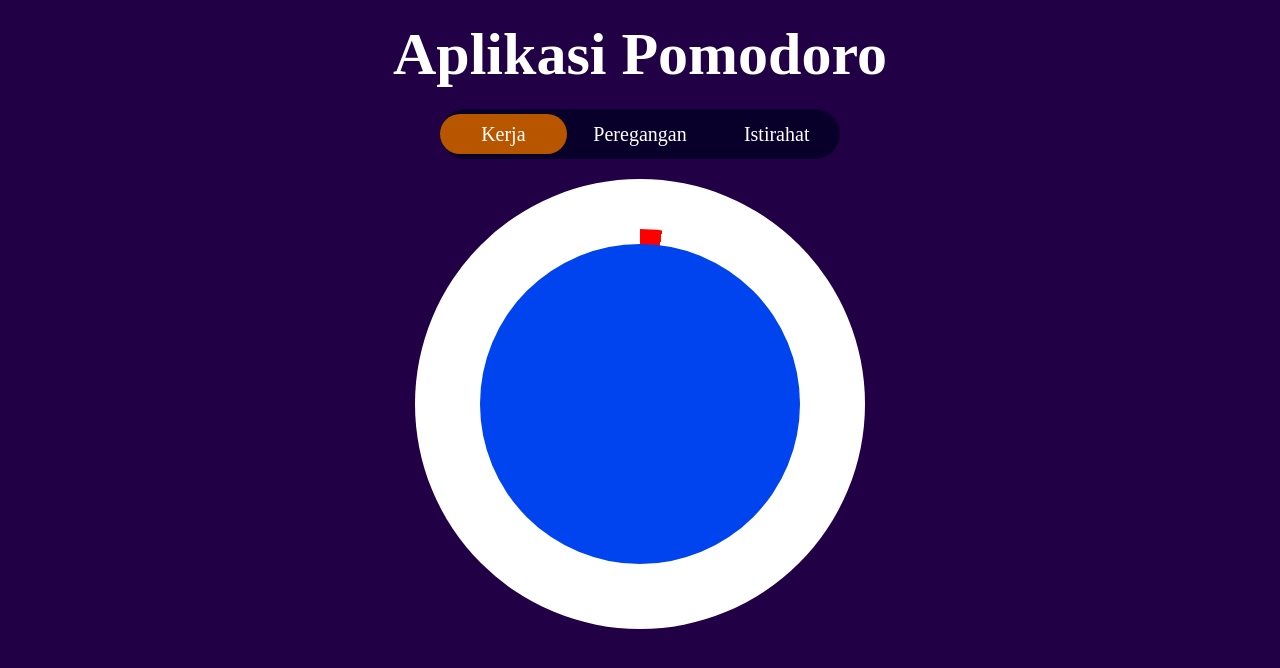
Repository: sellayspy/aplikasiPomodoro
Page: /
The author's editor kept a copy of each file at every save. The page is drawn from the files as they stood at one save, then again after the next save.
The browser window is 1280 px wide. The pictures show the whole page.
The project was rebuilt for these pictures with package versions that can differ from the ones it lists, and the page was loaded fresh each time. Also part of the build but not shown: vite.config.js.

Above is the page before, as saved 2024-11-25 13:46:00.

### index.html
<!DOCTYPE html>
<html lang="en">
  <head>
    <meta charset="UTF-8" />
    <link rel="icon" type="image/svg+xml" href="/vite.svg" />
    <meta name="viewport" content="width=device-width, initial-scale=1.0" />
    <title>Aplikasi Pomodoro</title>
  </head>
  <body>
    <div id="root"></div>
    <script type="module" src="/src/main.jsx"></script>
  </body>
</html>

### src/main.jsx
import { StrictMode } from "react";
import { createRoot } from "react-dom/client";
import { createGlobalStyle, ThemeProvider } from "styled-components";
import App from "./App.jsx";

const GlobalStyle = createGlobalStyle`

*{
  margin: 0;
  padding: 0;
  box-sizing: border-box;
}

  html,body{
    background-color: ${(props) => props.theme.colors.bg};;
    font-size: 62.5%;
  }

  body{
    font-size: 1.6rem;
    color: white;
  }

`;

const theme = {
  colors: {
    primary: "#b85600",
    secondary: "#08002b",
    bg: "#220045",
  },
};

createRoot(document.getElementById("root")).render(
  <StrictMode>
    <ThemeProvider theme={theme}>
      <GlobalStyle />
      <App />
    </ThemeProvider>
  </StrictMode>
);

### src/App.jsx
import styled from "styled-components";
import Judul from "./components/Judul";
import Timer from "./components/Timer";

function App() {
  return (
    <>
      <Title>Aplikasi Pomodoro</Title>
      <Judul />
      <Timer />
    </>
  );
}

export default App;

const Title = styled.h1`
  font-size: 6rem;
  padding: 2rem 0;
  text-align: center;
`;

### src/components/Judul.jsx
import styled, { css } from "styled-components";
import { useState } from "react";

const Judul = () => {
  const [active, setActive] = useState(0);

  const handleJudulClick = (index) => {
    setActive(index);
  };
  return (
    <JudulContainer>
      {["Kerja", "Peregangan", "Istirahat"].map((tag, i) => (
        <Tag onClick={() => handleJudulClick(i)} active={active === i} key={i}>
          {tag}
        </Tag>
      ))}
    </JudulContainer>
  );
};

export default Judul;

const JudulContainer = styled.div`
  background: ${(props) => props.theme.colors.secondary};
  height: 5rem;
  width: 40rem;
  margin: 0 auto;
  border-radius: 5rem;
  display: flex;
  gap: 1rem;
  align-items: center;
`;

const Tag = styled.button`
  all: unset;
  height: 4rem;
  text-align: center;
  border-radius: 5rem;
  flex: 1;
  font-size: 2rem;

  ${({ active }) =>
    active &&
    css`
      background: ${(props) => props.theme.colors.primary};
    `}
`;

### src/components/Timer.jsx
import styled from "styled-components";
import TimerProgress from "./TimerProgress";

const Timer = () => {
  return (
    <TimerContainer>
      <TimerProgress />
    </TimerContainer>
  );
};

export default Timer;

const TimerContainer = styled.div`
  width: 45rem;
  height: 45rem;
  background: white;
  margin: 2rem auto;
  border-radius: 50%;
  display: grid;
  place-items: center;
`;

### src/components/TimerProgress.jsx
import styled from "styled-components";

const TimerProgress = () => {
  return (
    <OuterCircle>
      <InnerCircle></InnerCircle>
    </OuterCircle>
  );
};

export default TimerProgress;

const OuterCircle = styled.div`
  width: 35rem;
  height: 35rem;
  background: #b34444;

  border-radius: 50%;
  display: grid;
  place-items: center;
  background: conic-gradient(red 2%, transparent 2%);
`;

const InnerCircle = styled.div`
  width: 32rem;
  height: 32rem;
  background: #0044ef;

  border-radius: 50%;
  display: grid;
  place-items: center;
`;

After the next save:
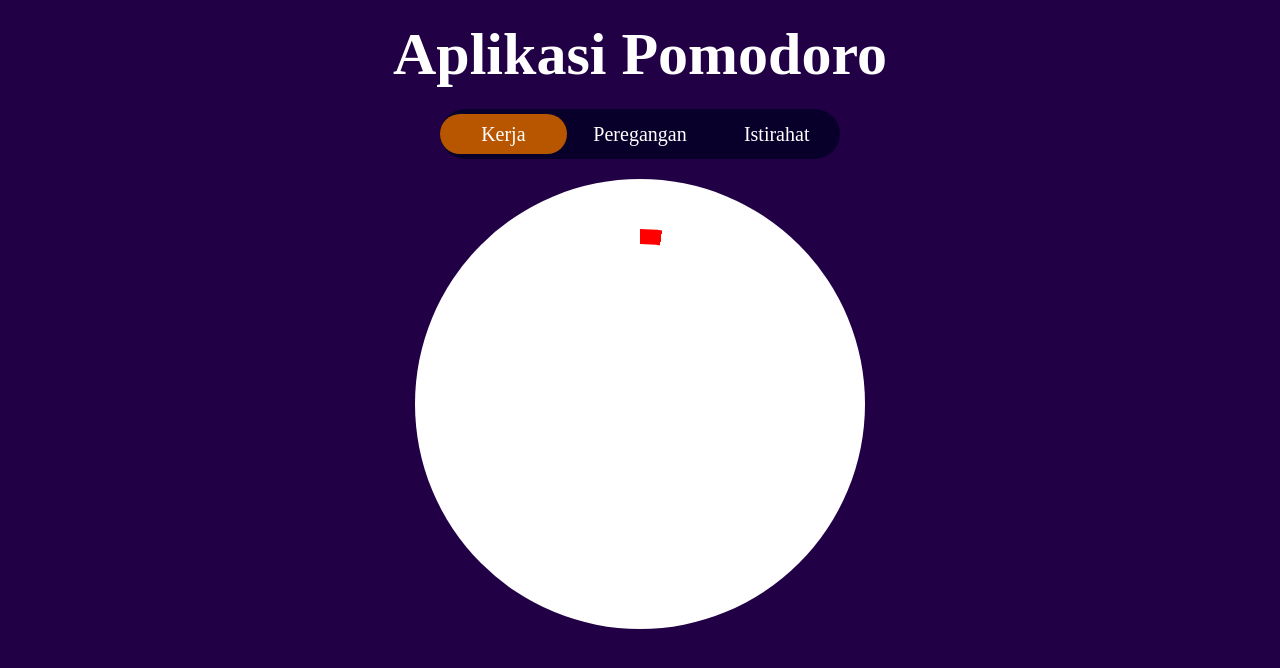
Saved 24 s later.
--- a/src/components/TimerProgress.jsx
+++ b/src/components/TimerProgress.jsx
@@ -24,7 +24,7 @@ const OuterCircle = styled.div`
 const InnerCircle = styled.div`
   width: 32rem;
   height: 32rem;
-  background: #0044ef;
+  background: white;
 
   border-radius: 50%;
   display: grid;
